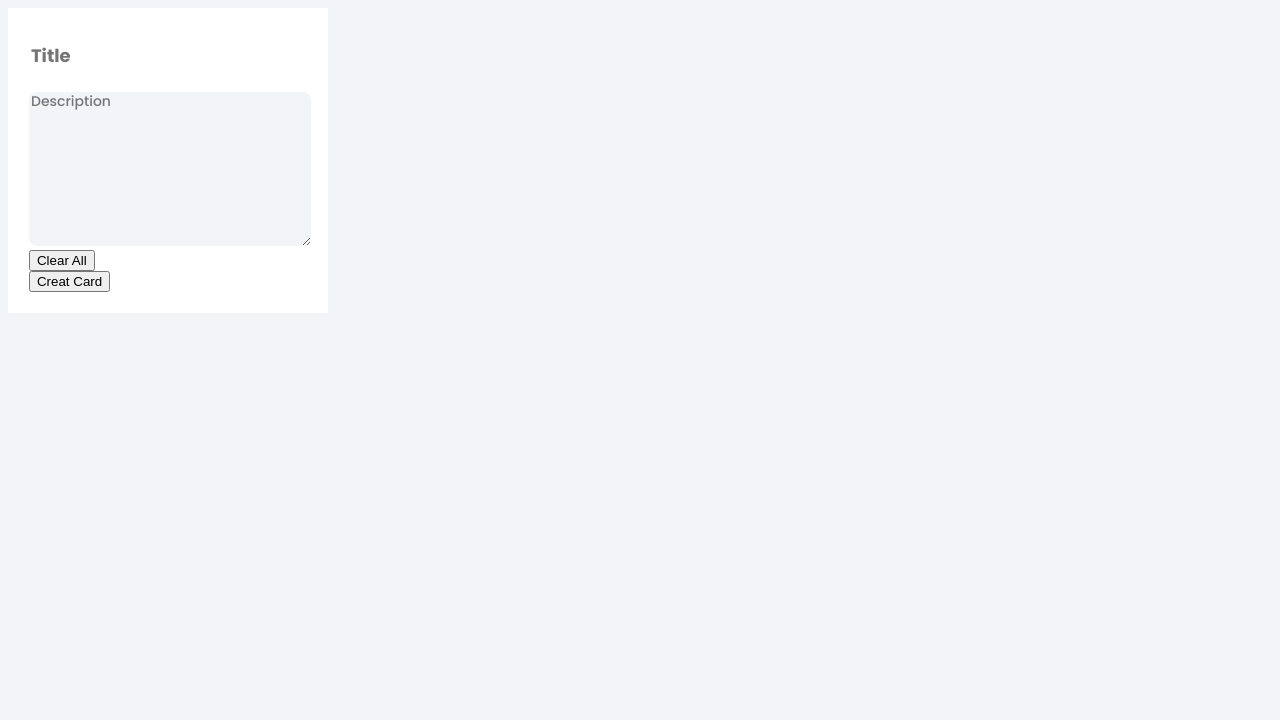
Repository: ReyhanehRahmani/TO-DO
Page: index.html
An editor plug-in stored every save of this project. The page is shown before and after the next save, followed by the edit.
The browser window is 1280 px wide. The pictures show the whole page.
Some web fonts or font styles are not loaded; a fallback is used.

Above is the page before, as saved 2025-06-08 12:24:29.

After the next save:
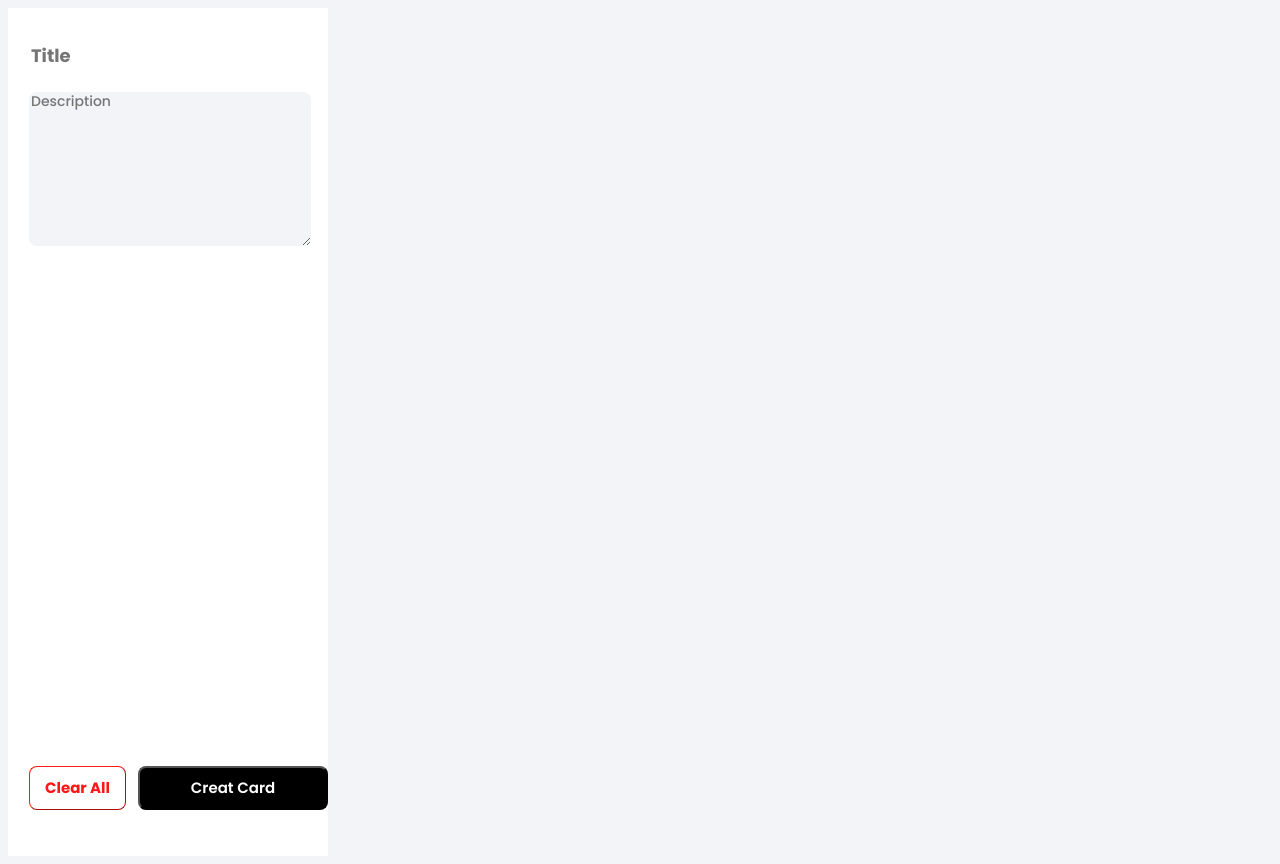
Saved 32 s later.
--- a/style.css
+++ b/style.css
@@ -218,4 +218,60 @@ body{
     display: flex;
 }
 
-}
+
+#content{
+    display: flex;
+    flex-direction: column;
+    justify-content: space-between;
+    gap: 516px;
+}
+
+#buttons{
+    display: flex;
+    justify-content: space-between;
+    gap: 12px;
+    margin-bottom: 25px;
+}
+
+#clear{
+    text-align: center;
+    justify-content: center;
+}
+
+#clearbut{
+    height: 44px;
+    border-radius: 8px;
+    border-width: 1.4px;
+    border-color: #FF1616;
+    background-color: #FFFFFF;
+    font-family: 'Poppins';
+    font-weight: 700;
+    font-size: 15px;
+    line-height: 100%;
+    letter-spacing: -3%;
+    color: #FF1616;
+    white-space: nowrap;
+    width: 97px;
+
+}
+
+#creat{
+    text-align: center;
+    justify-content: center;
+}
+
+#creatbut{
+    height: 44px;
+    border-radius: 8px;
+    background: #000000;
+    font-family: 'Poppins';
+    font-weight: 600;
+    font-size: 15px;
+    line-height: 100%;
+    letter-spacing: -3%;
+    color: #FFFFFF;
+    width: 190px;
+
+}
+
+}
